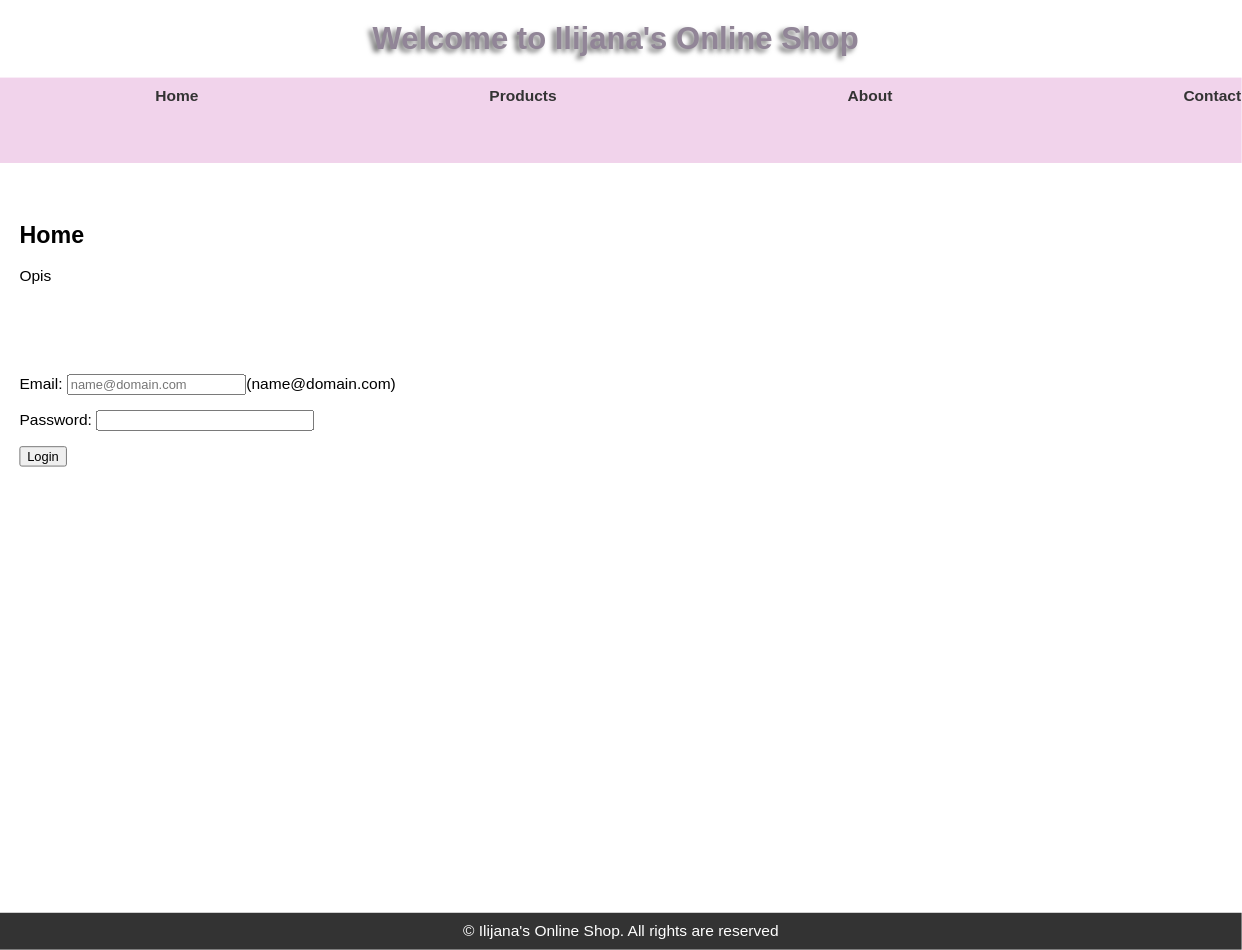
Repository: ilijana123/Proekt1
Page: html.html
An editor plug-in stored every save of this project. The page is shown before and after the next save, followed by the edit.
The browser window is 1280 px wide. The pictures show the whole page, at 97% of full size.

Above is the page before, as saved 2023-11-12 23:51:18.

After the next save:
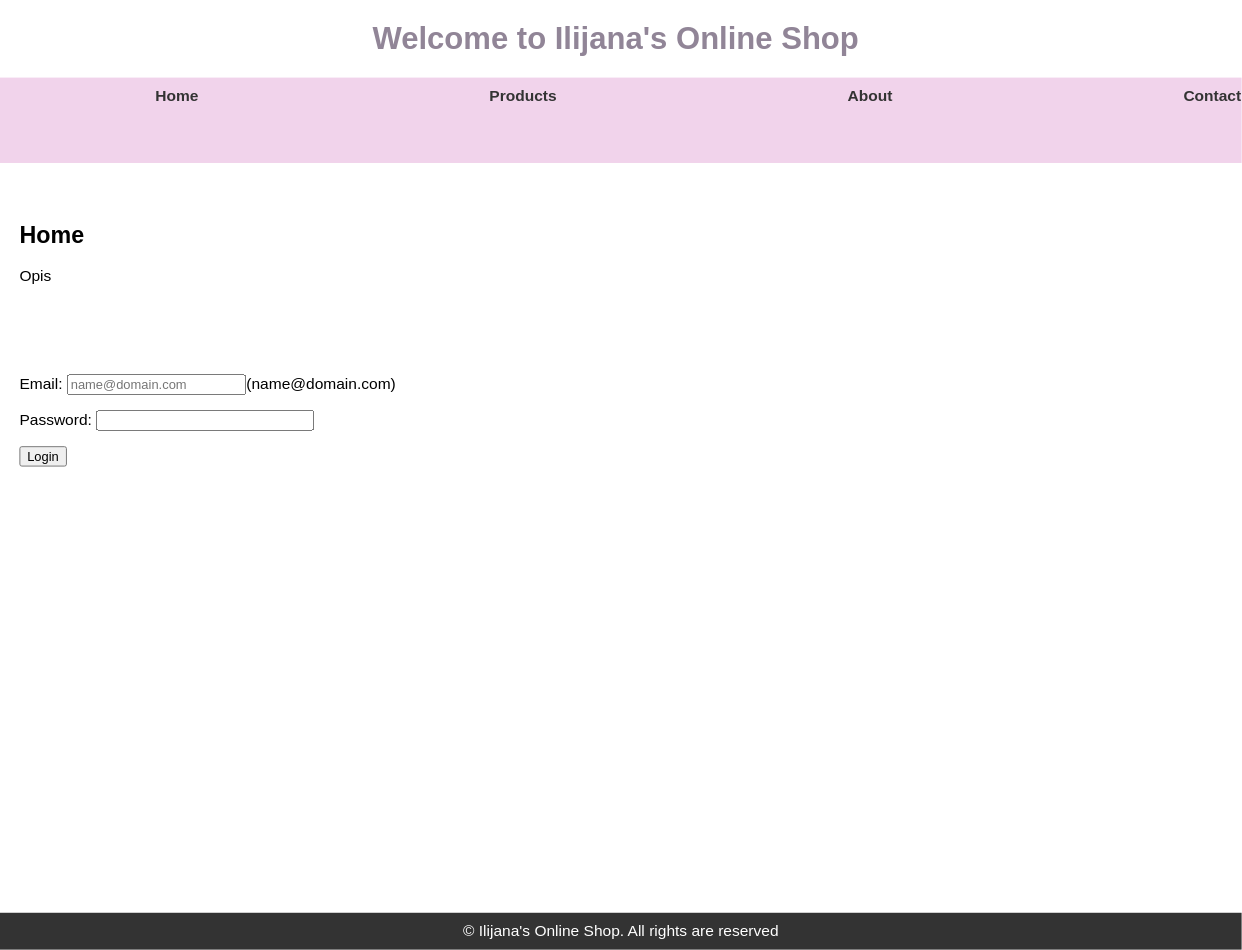
Saved 16 s later.
--- a/1.css
+++ b/1.css
@@ -1,7 +1,7 @@
 h1  {
      font-family: fantasy;
         color:rgb(145, 133, 151);
-        text-shadow: -4px 4px 6px dimgrey;
+
         position:relative;
         margin-left: 30%;
         text-decoration:double;
